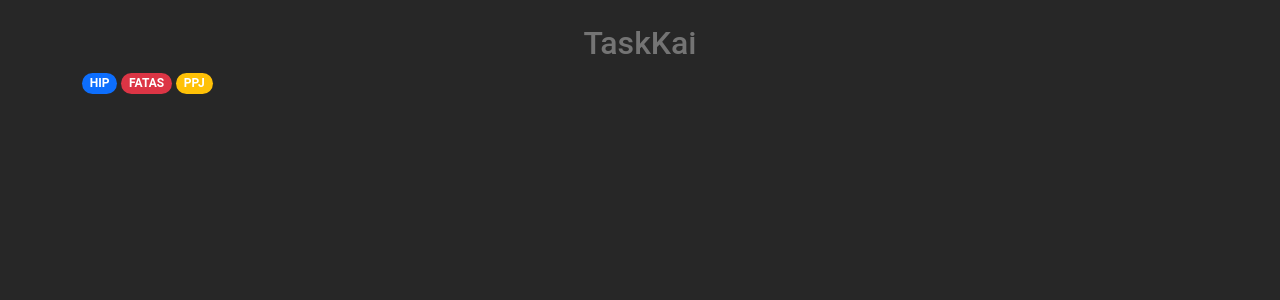
Repository: faizhakimi99/TaskKai
Page: src/views/index.html
An editor plug-in stored every save of this project. The page is shown before and after the next save, followed by the edit.
The browser window is 1280 px wide. The pictures show the whole page.

Above is the page before, as saved 2025-01-27 12:15:01.

### src/views/index.html
<!DOCTYPE html>
<html lang="en">

<head>
    <meta charset="UTF-8">
    <meta name="viewport" content="width=device-width, initial-scale=1.0">
    <title>Task Kai</title>
    <link rel="stylesheet" href="/plugins/css/bootstrap.min.css" type="text/css">
    <link rel="stylesheet" href="/customStyle/style.css" type="text/css">
</head>

<body>
    <div class="mt-4"></div>
    <div id="notes-header" class="container">
        <div class="row">
            <div class="col-lg-12 text-center">
                <h2>TaskKai</h2>
            </div>
        </div>
    </div>

    <div id="list-project" class="container">
        <div class="row">
            <div class="col-lg-12">
                <spam class="rounded-pill badge bg-primary">HIP</spam>
                <spam class="rounded-pill badge bg-danger">FATAS</spam>
                <spam class="rounded-pill badge bg-warning">PPJ</spam>
            </div>
        </div>
    </div>


    <script src="/plugins/js/bootstrap.min.js"></script>
</body>

</html>

### src/public/customStyle/style.css
:root {
    --background-color: #272727;
    --primary-color: #747474;
    --secondary-color: #ff652f;
    --third-color: #ffe400;
    --fourth-color: #14a76c;
    --font-family: 'Roboto', sans-serif;
    --spacing: 16px;
}

body {
    font-size: 16px;
    font-family: var(--font-family);
    color: var(--primary-color);
    background-color: var(--background-color);
}

Loaded but not shown: src/public/plugins/css/bootstrap.min.css (library); src/public/plugins/js/bootstrap.min.js (library)

After the next save:
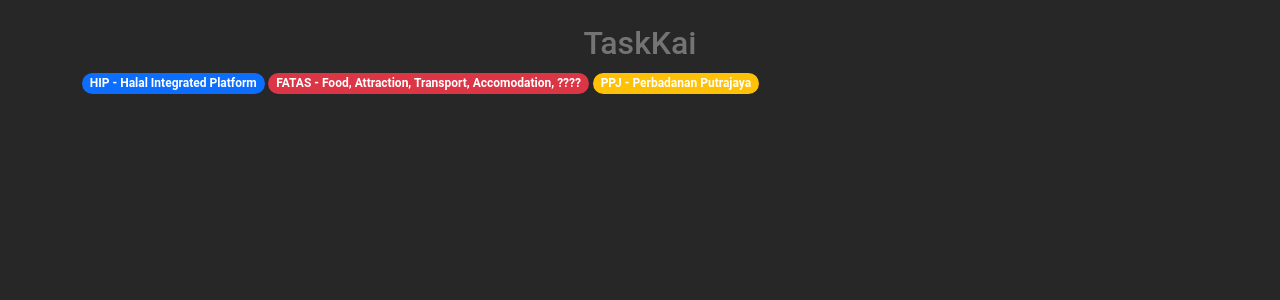
Saved 77 s later.
--- a/src/views/index.html
+++ b/src/views/index.html
@@ -22,9 +22,9 @@
     <div id="list-project" class="container">
         <div class="row">
             <div class="col-lg-12">
-                <spam class="rounded-pill badge bg-primary">HIP</spam>
-                <spam class="rounded-pill badge bg-danger">FATAS</spam>
-                <spam class="rounded-pill badge bg-warning">PPJ</spam>
+                <spam class="rounded-pill badge bg-primary">HIP - Halal Integrated Platform</spam>
+                <spam class="rounded-pill badge bg-danger">FATAS - Food, Attraction, Transport, Accomodation, ????</spam>
+                <spam class="rounded-pill badge bg-warning">PPJ - Perbadanan Putrajaya</spam>
             </div>
         </div>
     </div>
